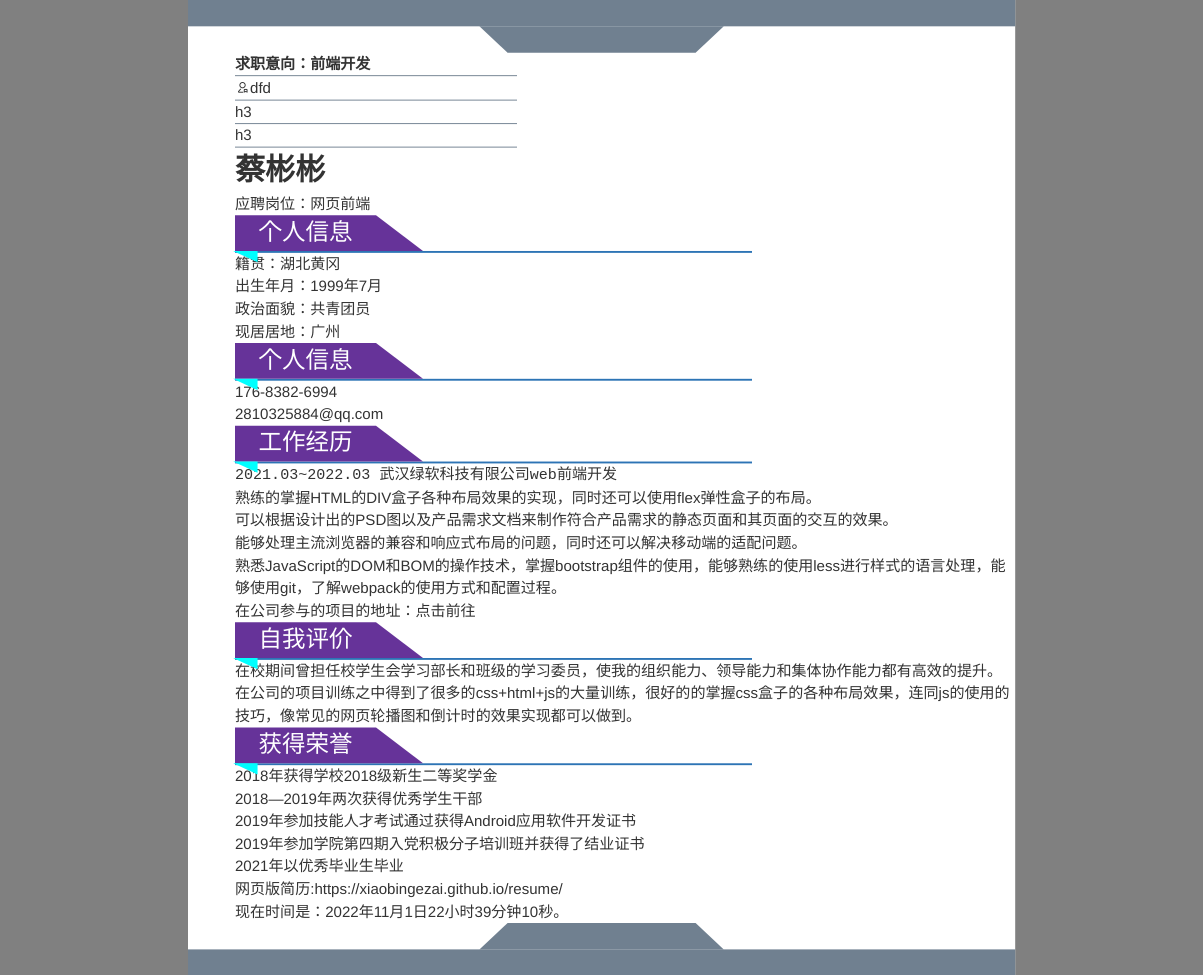
Repository: xiaobingezai/resume
Page: index.html
These files come from the project's save history. The page is drawn as it stood at one moment and after the next save; the edit follows.
The browser window is 1280 px wide. The pictures show the whole page, at 94% of full size.

Above is the page before, as saved 2022-11-02 23:14:54.

### index.html
<!DOCTYPE html>
<html lang="en">

<head>
    <meta charset="UTF-8">
    <meta http-equiv="X-UA-Compatible" content="IE=edge">
    <meta name="viewport" content="width=device-width, initial-scale=1.0">
    <title>Document</title>
    <link rel="stylesheet" href="css/index.css">
    <link rel="stylesheet" href="./iconfont/iconfont.css">
</head>

<body>
    <div class="wrapper" id="zhengTi">
        <div class="tiXing1"></div>
        <div id="head">
            <div class="jiaoYuBeiJing">
                <ul>
                    <li><h4>求职意向：前端开发</h4></li>
                    <li><span class="iconfont icon-office-supplies"></span>dfd </li>
                    <li>h3</li>
                    <li>h3</li>
                </ul>
            </div>
            <div id="content" class="clearfix">
                <div class="gongZuoJingLi1">
                    <div class="first">
                        <h1>蔡彬彬</h1>
                        <p>应聘岗位：网页前端</p>
                    </div>
                    <div class="second">
                        <div class="zhuangShiTuPian"><samp>个人信息</samp></div>
                        <ul class="ul1">
                            <li>籍贯：湖北黄冈</li>
                            <li>出生年月：1999年7月</li>
                            <li>政治面貌：共青团员</li>
                            <li>现居居地：广州</li>
                        </ul>
                    </div>
                    <div class="third">
                        <div class="zhuangShiTuPian"><samp>个人信息</samp></div>
                        <ul class="ul2">
                            <li>176-8382-6994</li>
                            <li>2810325884@qq.com</li>
                        </ul>
                    </div>
                </div>
                <div class="gongZuoJingLi">
                    <div class="zhuangShiTuPian"><samp>工作经历</samp></div>

                    <ul class="gongZuoJingLi2">
                        <div class="gongZuo">
                            <samp>2021.03~2022.03 </samp><samp>武汉绿软科技有限公司</samp><samp>web前端开发</samp>
                        </div>
                        <li>熟练的掌握HTML的DIV盒子各种布局效果的实现，同时还可以使用flex弹性盒子的布局。</li>
                        <li>可以根据设计出的PSD图以及产品需求文档来制作符合产品需求的静态页面和其页面的交互的效果。</li>
                        <li>能够处理主流浏览器的兼容和响应式布局的问题，同时还可以解决移动端的适配问题。</li>
                        <li>熟悉JavaScript的DOM和BOM的操作技术，掌握bootstrap组件的使用，能够熟练的使用less进行样式的语言处理，能够使用git，了解webpack的使用方式和配置过程。</li>
                        <li>在公司参与的项目的地址：<a href="http://www.downyi.com/" target="blank">点击前往</a></li>
                    </ul>
                </div>
            </div>
            <div id="tail" class="clearfix">
                <div class="diBu1">
                    <div class="zhuangShiTuPian"><samp>自我评价</samp></div>
                    <ul>
                        <li>在校期间曾担任校学生会学习部长和班级的学习委员，使我的组织能力、领导能力和集体协作能力都有高效的提升。</li>
                        <li>在公司的项目训练之中得到了很多的css+html+js的大量训练，很好的的掌握css盒子的各种布局效果，连同js的使用的技巧，像常见的网页轮播图和倒计时的效果实现都可以做到。</li>
                    </ul>
                </div>
                <div class="diBu2">
                    <div class="zhuangShiTuPian"><samp>获得荣誉</samp></div>
                    <ul>
                        <li>2018年获得学校2018级新生二等奖学金</li>
                        <li>2018—2019年两次获得优秀学生干部</li>
                        <li>2019年参加技能人才考试通过获得Android应用软件开发证书</li>
                        <li>2019年参加学院第四期入党积极分子培训班并获得了结业证书</li>
                        <li>2021年以优秀毕业生毕业</li>
                    </ul>
                </div>
                <div id="jianLi">
                    <p >网页版简历:<a href="https://xiaobingezai.github.io/resume/" target="blank">https://xiaobingezai.github.io/resume/</a></p>
                    <div class="daoJiShi"></div>
                </div>
            </div>
        </div>
        <!-- 底部 -->
        <div class="tiXing2"></div>
    </div>
    <script src="./js/index.js"></script>
</body>

</html>

### css/index.css
/* 清除默认样式的代码 */
/* 去除常见标签默认的 margin 和 padding */
body,
h1,
h2,
h3,
h4,
h5,
h6,
p,
ul,
ol,
li,
dl,
dt,
dd,
input {
    margin: 0;
    padding: 0;
}

/* 內减模式 */
* {
    box-sizing: border-box;
}

/* 设置网页统一的字体大小、行高、字体系列相关属性 */
body {
    font: 16px/1.5 "Helvetica Neue", Helvetica, Arial, "Microsoft Yahei",
        "Hiragino Sans GB", "Heiti SC", "WenQuanYi Micro Hei", sans-serif;
    color: #333;
}

/* 去除列表默认样式 */
ul,
ol {
    list-style: none;
}

/* 去除默认的倾斜效果 */
em,
i {
    font-style: normal;
}

/* 去除a标签默认下划线，并设置默认文字颜色 */
a {
    text-decoration: none;
    color: #333;
}

/* 设置img的垂直对齐方式为居中对齐，去除img默认下间隙 */
img {
    vertical-align: middle;
}

/* 去除input默认样式 */
input {
    border: none;
    outline: none;
    color: #333;
}

/* 左浮动 */
.fl {
    float: left;
}

/* 右浮动 */
.fr {
    float: right;
}

/* 双伪元素清除法 */
.clearfix::before,
.clearfix::after {
    content: "";
    display: table;
}

.clearfix::after {
    clear: both;
}

/* 版心居中 */
.wrapper {
    width: 880px;
    margin: 0 auto;
}

body{
    background-color: rgba(128, 128,128);
}
/* 装饰横条背景 */
.zhuangShiTuPian {
    position: relative;
    text-align: center;
    line-height: 40px;
    font-size: 25px;
    color: #fff;
    width: 550px;
    height: 40px;
    border-bottom: 2px solid #2d74b5;
}
.zhuangShiTuPian::after {
    content: '';
    position: absolute;
    left: -2px;

    width: 0;
    height: 0;
    border-width: 0 26px 12px 0;
    border-style: solid;
    border-color: transparent aqua;
}
.zhuangShiTuPian samp {
    display: block;
    width: 200px;
    height: 0;
    border-bottom: 38px solid rebeccapurple;
    border-right: 50px solid transparent;
}

/* 最外层的盒子的样式设置 */
#zhengTi {
    background-color: #fff;
    border-top: 28px solid #708090 ;
    border-bottom: 28px solid #708090 ;
}
#zhengTi .tiXing1 {
    width: 260px;
    height: 0;
    margin: 0 auto;
    border-top: 28px solid #708090;
    border-left: 30px solid transparent;
    border-right: 30px solid transparent;
}
#zhengTi .tiXing2 {
    width: 260px;
    height: 0;
    margin: 0 auto;
    border-bottom: 28px solid #708090;
    border-left: 30px solid transparent;
    border-right: 30px solid transparent;
}

/* head的区域 */
#zhengTi #head {
    margin-left: 50px;
}
#zhengTi #head .jiaoYuBeiJing li{
    width: 300px;
    border-bottom: 1px solid #708090;
}

### iconfont/iconfont.css
@font-face {
  font-family: "iconfont"; /* Project id 3746240 */
  src: url('iconfont.woff2?t=1667411973755') format('woff2'),
       url('iconfont.woff?t=1667411973755') format('woff'),
       url('iconfont.ttf?t=1667411973755') format('truetype');
}

.iconfont {
  font-family: "iconfont" !important;
  font-size: 16px;
  font-style: normal;
  -webkit-font-smoothing: antialiased;
  -moz-osx-font-smoothing: grayscale;
}

.icon-Similarproducts:before {
  content: "\e766";
}

.icon-trust:before {
  content: "\e76b";
}

.icon-viewlist:before {
  content: "\e76d";
}

.icon-usercenter:before {
  content: "\e773";
}

.icon-bussiness-man:before {
  content: "\e6ef";
}

.icon-apparel:before {
  content: "\e743";
}

.icon-mobile-phone:before {
  content: "\e759";
}

.icon-map:before {
  content: "\e758";
}

.icon-office-supplies:before {
  content: "\e75a";
}

.icon-tradealert:before {
  content: "\e76a";
}

### js/index.js
let daoJiShi = document.querySelector('.daoJiShi');
            shiJian();
            function shiJian() {
                let time = new Date();
                let nian = time.getFullYear();
                let yue = time.getMonth();
                let ri = time.getDate();
                let h = time.getHours();
                let m = time.getMinutes();
                let s = time.getSeconds();
                let dangQianShiJian = '现在时间是：' + +nian + '年' + (yue + 1) + '月' + ri + '日' + h + '小时' + m + '分钟' + s + '秒' +
                    '。';
                daoJiShi.innerHTML = dangQianShiJian;
            }
            setInterval('shiJian()', 1000);

After the next save:
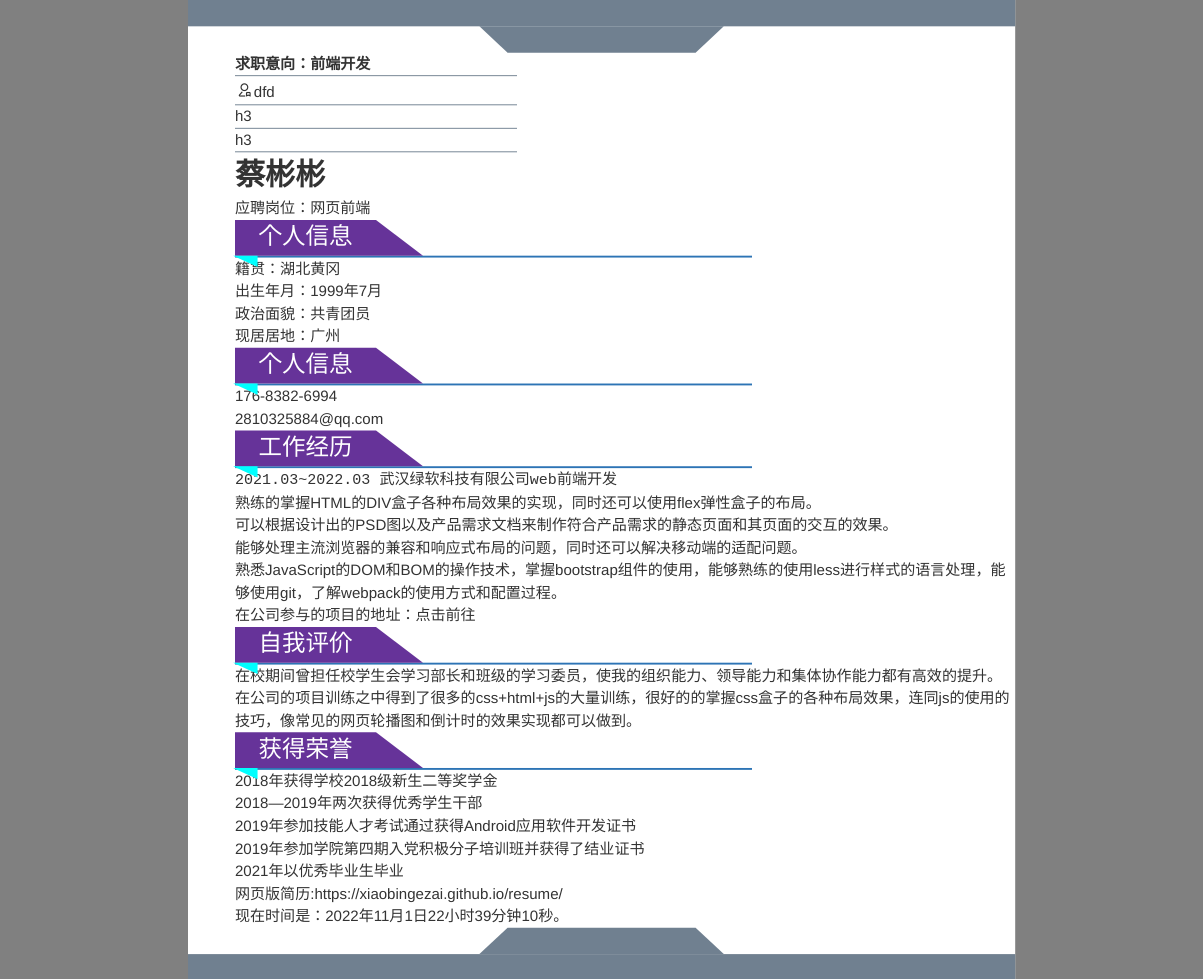
Saved 3 min 22 s later.
--- a/css/index.css
+++ b/css/index.css
@@ -152,3 +152,6 @@ body{
     width: 300px;
     border-bottom: 1px solid #708090;
 }
+#zhengTi #head .jiaoYuBeiJing li .iconfont {
+    font-size: 20px;
+}
